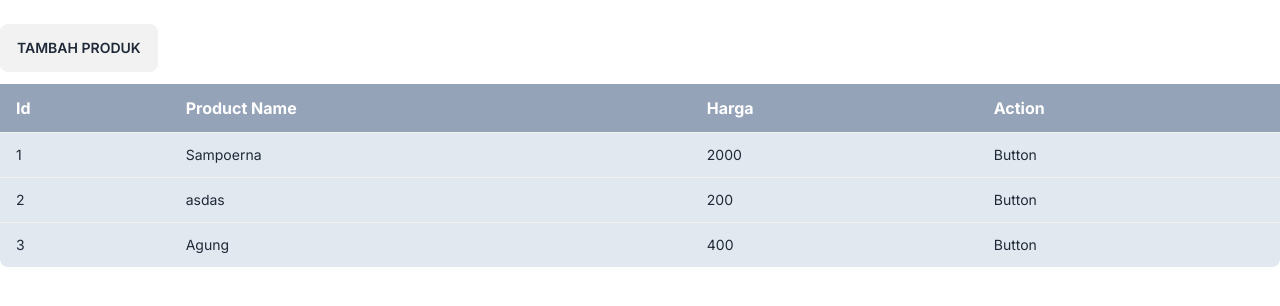
Repository: KilluaProject/Database-item
Page: /
The author's editor kept a copy of each file at every save. The page is drawn from the files as they stood at one save, then again after the next save.
The browser window is 1280 px wide. The pictures show the whole page.
The project was rebuilt for these pictures with package versions that can differ from the ones it lists, and the page was loaded fresh each time. The framework's server and built-in components were replaced by stand-ins that run in the browser. Requests to the local data server were answered from the project's data file. Also part of the build but not shown: next.config.js.

Above is the page before, as saved 2023-07-08 16:33:41.

### app/layout.jsx
import './globals.css'
import { Inter } from 'next/font/google'

const inter = Inter({ subsets: ['latin'] })

export const metadata = {
  title: 'Create Next App',
  description: 'Generated by create next app',
}

export default function RootLayout({ children }) {
  return (
    <html data-theme="light" lang="en">
      <body className={inter.className}>{children}</body>
    </html>
  )
}

### app/page.jsx
import AddProduk from "./components/AddProduk"

async function getProducts(){
  const res =  await fetch("http://localhost:5000/products",{ cache: "no-cache" })
  const data = res.json()
  return data
}


export default async function Home() {

  const Products = await getProducts()

  return (
   <div className="container mx-auto py-6">

    <AddProduk/>

      <table className="table w-full rounded-lg bg-slate-200 mt-3">
        <thead className="font-bold text-base bg-slate-400 text-white">
          <tr>
            <th>Id</th>
            <th>Product Name</th>
            <th>Harga</th>
            <th>Action</th>
          </tr>
        </thead>
        <tbody>
          {Products.map((product,index) => {
            return (
            <tr key={product.id}>
              <td>{index + 1}</td>
              <td>{product.title}</td>
              <td>{product.price}</td>
              <td>Button</td>
            </tr>
            )
          })}

        </tbody>
      </table>


   </div>
  )
}

### app/components/AddProduk.jsx
"use client"

import React, { useState } from 'react'
import { useRouter } from 'next/navigation'

export default function AddProduk() {

    const [produk, setProduk] = useState("")
    const [harga, setHarga] = useState("")
    const [modal, setModal] = useState(false)
    const router = useRouter();

    async function handleSubmit(e){
        e.preventDefault();

        await fetch ("http://localhost:5000/https://64a7c8a4dca581464b84c5b0.mockapi.io/Products    " , {
            method: "POST",
            headers: {
                "Content-Type" : "application/json",
            },
            body: JSON.stringify({
                produk : produk,
                price : price,
            }),

        });

        setProduk("");
        setHarga("");
        router.refresh();
        setModal(false)

    }

    function handleChange(){
        setModal(!modal)
    }


  return (
    <div>
        <button className="btn" onClick={handleChange}>Tambah Produk</button>
        <input type="checkbox" checked={modal} onChange={handleChange} className="modal-toggle" />

        <div className="modal">
            <div className="modal-box">
                <h3 className="font-bold">Add New Product</h3>
                <form onSubmit={handleSubmit}>
                    <div className="form-control">
                        <label className="label">Nama Produk</label>
                        <input type="text" value={produk} onChange={(e) => setProduk(e.target.value)}  className="input w-full input-bordered" />
                    </div>
                    <div className="form-control">
                        <label className="label ">Harga</label>
                        <input type="text" value={harga} onChange={(e) => setHarga(e.target.value)}  className="input w-full input-bordered" />
                    </div>
                    <div className="modal-action">
                        <button type="button" className="btn" onClick={handleChange}>Close</button>
                        <button type="submit" className="btn btn-primary" onClick={handleChange}> Save</button>
                    </div>
                </form>

            </div>
        </div>

    </div>
  )
}

### tailwind.config.js
/** @type {import('tailwindcss').Config} */
module.exports = {

  content: [
    './pages/**/*.{js,ts,jsx,tsx,mdx}',
    './components/**/*.{js,ts,jsx,tsx,mdx}',
    './app/**/*.{js,ts,jsx,tsx,mdx}',
  ],
  theme: {
    extend: {
      backgroundImage: {
        'gradient-radial': 'radial-gradient(var(--tw-gradient-stops))',
        'gradient-conic':
          'conic-gradient(from 180deg at 50% 50%, var(--tw-gradient-stops))',
      },
    },
  },

  daisyui: {
    themes: ["light", "dark", "cupcake"],
  },

  plugins: [require("daisyui")],
}

### db.json
{
  "products": [
    {
      "id": 1,
      "title": "Sampoerna",
      "price": 2000
    },
    {
      "title": "asdas",
      "price": "200",
      "id": 2
    },
    {
      "title": "Agung",
      "price": "400",
      "id": 3
    }
  ]
}

Loaded but not shown: app/globals.css (common file)

After the next save:
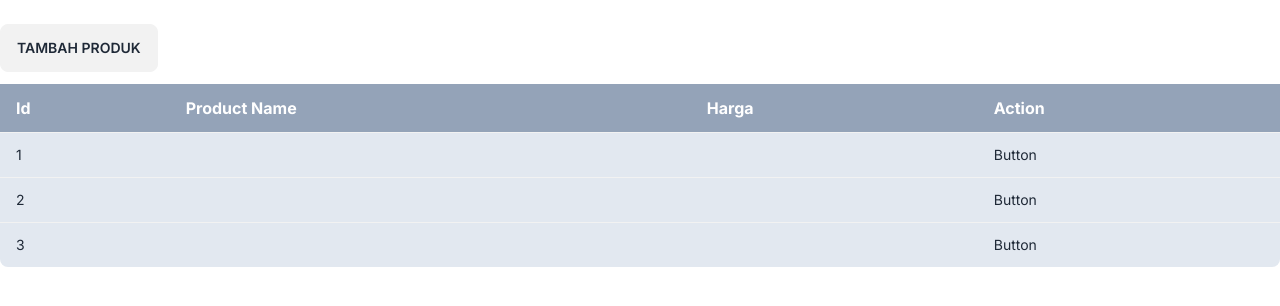
Saved 9 s later.
--- a/app/page.jsx
+++ b/app/page.jsx
@@ -30,8 +30,8 @@ export default async function Home() {
             return (
             <tr key={product.id}>
               <td>{index + 1}</td>
-              <td>{product.title}</td>
-              <td>{product.price}</td>
+              <td>{product.produk}</td>
+              <td>{product.harga}</td>
               <td>Button</td>
             </tr>
             )
